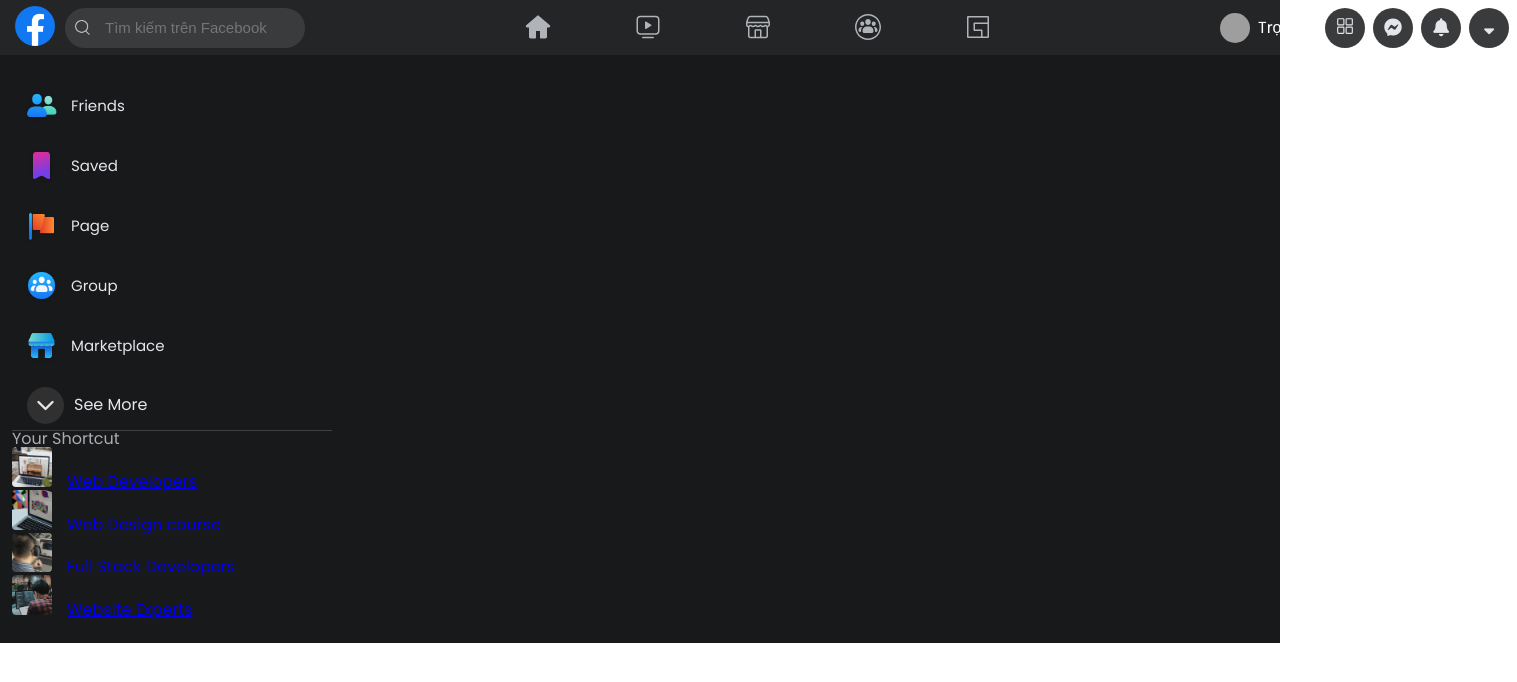
Repository: vanntrong/facebook-clone
Page: index.html
These files come from the project's save history. The page is drawn as it stood at one moment and after the next save; the edit follows.
The browser window is 1280 px wide. The page is 1517 px wide, so the pictures cover 1517 px, including what lies to the right of the window. The pictures show the whole page.
Pictures or frames that could not be fetched are drawn as grey boxes.

Above is the page before, as saved 2021-09-08 19:15:08.

### index.html
<!DOCTYPE html>
<html lang="en">
  <head>
    <meta charset="UTF-8" />
    <meta http-equiv="X-UA-Compatible" content="IE=edge" />
    <meta name="viewport" content="width=device-width, initial-scale=1.0" />
    <title>Facebook</title>
    <link rel="stylesheet" href="./assets/css/reset.css" />
    <link rel="stylesheet" href="./assets/css/base.css" />
    <link rel="stylesheet" href="./assets/css/style.css" />
    <link rel="stylesheet" href="./assets/fonts/fontawesome-free-5.15.4-web/css/all.css" />
    <script type="module" src="https://unpkg.com/ionicons@5.5.2/dist/ionicons/ionicons.esm.js"></script>
    <script nomodule src="https://unpkg.com/ionicons@5.5.2/dist/ionicons/ionicons.js"></script>
    <style>
      @import url("https://fonts.googleapis.com/css2?family=Poppins:wght@300;400;500;600;700&display=swap");
    </style>
  </head>
  <body>
    <!-- header -->
    <header class="header">
      <div class="header__nav-left">
        <div class="header__logo">
          <a href="" class="header__logo-link">
            <img src="./assets/images/logo.png" alt="Logo Facebook" class="header__logo-img" />
          </a>
        </div>
        <div class="header__search">
          <img src="./assets/images/search.png" class="header__search-img" />
          <input type="text" class="header__search-input" placeholder="Tìm kiếm trên Facebook" />
        </div>
      </div>

      <div class="header__nav-center">
        <ul class="header__nav-list">
          <li class="header__nav-item">
            <div class="header-item-link">
              <a href="#" class="header-item-icon">
                <svg viewBox="0 0 28 28" class="a8c37x1j ms05siws hwsy1cff b7h9ocf4 aaxa7vy3" height="28" width="28">
                  <path
                    d="M25.825 12.29C25.824 12.289 25.823 12.288 25.821 12.286L15.027 2.937C14.752 2.675 14.392 2.527 13.989 2.521 13.608 2.527 13.248 2.675 13.001 2.912L2.175 12.29C1.756 12.658 1.629 13.245 1.868 13.759 2.079 14.215 2.567 14.479 3.069 14.479L5 14.479 5 23.729C5 24.695 5.784 25.479 6.75 25.479L11 25.479C11.552 25.479 12 25.031 12 24.479L12 18.309C12 18.126 12.148 17.979 12.33 17.979L15.67 17.979C15.852 17.979 16 18.126 16 18.309L16 24.479C16 25.031 16.448 25.479 17 25.479L21.25 25.479C22.217 25.479 23 24.695 23 23.729L23 14.479 24.931 14.479C25.433 14.479 25.921 14.215 26.132 13.759 26.371 13.245 26.244 12.658 25.825 12.29"
                  ></path>
                </svg>
              </a>
            </div>
          </li>
          <li class="header__nav-item">
            <div class="header-item-link">
              <a href="#" class="header-item-icon">
                <svg viewBox="0 0 28 28" class="a8c37x1j ms05siws hwsy1cff b7h9ocf4 em6zcovv" height="28" width="28">
                  <path
                    d="M8.75 25.25C8.336 25.25 8 24.914 8 24.5 8 24.086 8.336 23.75 8.75 23.75L19.25 23.75C19.664 23.75 20 24.086 20 24.5 20 24.914 19.664 25.25 19.25 25.25L8.75 25.25ZM17.163 12.846 12.055 15.923C11.591 16.202 11 15.869 11 15.327L11 9.172C11 8.631 11.591 8.297 12.055 8.576L17.163 11.654C17.612 11.924 17.612 12.575 17.163 12.846ZM21.75 20.25C22.992 20.25 24 19.242 24 18L24 6.5C24 5.258 22.992 4.25 21.75 4.25L6.25 4.25C5.008 4.25 4 5.258 4 6.5L4 18C4 19.242 5.008 20.25 6.25 20.25L21.75 20.25ZM21.75 21.75 6.25 21.75C4.179 21.75 2.5 20.071 2.5 18L2.5 6.5C2.5 4.429 4.179 2.75 6.25 2.75L21.75 2.75C23.821 2.75 25.5 4.429 25.5 6.5L25.5 18C25.5 20.071 23.821 21.75 21.75 21.75Z"
                  ></path>
                </svg>
              </a>
            </div>
          </li>
          <li class="header__nav-item">
            <div class="header-item-link">
              <a href="#" class="header-item-icon">
                <svg viewBox="0 0 28 28" class="a8c37x1j ms05siws hwsy1cff b7h9ocf4 em6zcovv" height="28" width="28">
                  <path
                    d="M17.5 23.75 21.75 23.75C22.164 23.75 22.5 23.414 22.5 23L22.5 14 22.531 14C22.364 13.917 22.206 13.815 22.061 13.694L21.66 13.359C21.567 13.283 21.433 13.283 21.34 13.36L21.176 13.497C20.591 13.983 19.855 14.25 19.095 14.25L18.869 14.25C18.114 14.25 17.382 13.987 16.8 13.506L16.616 13.354C16.523 13.278 16.39 13.278 16.298 13.354L16.113 13.507C15.53 13.987 14.798 14.25 14.044 14.25L13.907 14.25C13.162 14.25 12.439 13.994 11.861 13.525L11.645 13.35C11.552 13.275 11.419 13.276 11.328 13.352L11.155 13.497C10.57 13.984 9.834 14.25 9.074 14.25L8.896 14.25C8.143 14.25 7.414 13.989 6.832 13.511L6.638 13.351C6.545 13.275 6.413 13.275 6.32 13.351L5.849 13.739C5.726 13.84 5.592 13.928 5.452 14L5.5 14 5.5 23C5.5 23.414 5.836 23.75 6.25 23.75L10.5 23.75 10.5 17.5C10.5 16.81 11.06 16.25 11.75 16.25L16.25 16.25C16.94 16.25 17.5 16.81 17.5 17.5L17.5 23.75ZM3.673 8.75 24.327 8.75C24.3 8.66 24.271 8.571 24.238 8.483L23.087 5.355C22.823 4.688 22.178 4.25 21.461 4.25L6.54 4.25C5.822 4.25 5.177 4.688 4.919 5.338L3.762 8.483C3.729 8.571 3.7 8.66 3.673 8.75ZM24.5 10.25 3.5 10.25 3.5 12C3.5 12.414 3.836 12.75 4.25 12.75L4.421 12.75C4.595 12.75 4.763 12.69 4.897 12.58L5.368 12.193C6.013 11.662 6.945 11.662 7.59 12.193L7.784 12.352C8.097 12.609 8.49 12.75 8.896 12.75L9.074 12.75C9.483 12.75 9.88 12.607 10.194 12.345L10.368 12.2C11.01 11.665 11.941 11.659 12.589 12.185L12.805 12.359C13.117 12.612 13.506 12.75 13.907 12.75L14.044 12.75C14.45 12.75 14.844 12.608 15.158 12.35L15.343 12.197C15.989 11.663 16.924 11.663 17.571 12.197L17.755 12.35C18.068 12.608 18.462 12.75 18.869 12.75L19.095 12.75C19.504 12.75 19.901 12.606 20.216 12.344L20.38 12.208C21.028 11.666 21.972 11.666 22.62 12.207L23.022 12.542C23.183 12.676 23.387 12.75 23.598 12.75 24.097 12.75 24.5 12.347 24.5 11.85L24.5 10.25ZM24 14.217 24 23C24 24.243 22.993 25.25 21.75 25.25L6.25 25.25C5.007 25.25 4 24.243 4 23L4 14.236C2.875 14.112 2 13.158 2 12L2 9.951C2 9.272 2.12 8.6 2.354 7.964L3.518 4.802C4.01 3.563 5.207 2.75 6.54 2.75L21.461 2.75C22.793 2.75 23.99 3.563 24.488 4.819L25.646 7.964C25.88 8.6 26 9.272 26 9.951L26 11.85C26 13.039 25.135 14.026 24 14.217ZM16 23.75 16 17.75 12 17.75 12 23.75 16 23.75Z"
                  ></path>
                </svg>
              </a>
            </div>
          </li>
          <li class="header__nav-item">
            <div class="header-item-link">
              <a href="#" class="header-item-icon">
                <svg viewBox="0 0 28 28" class="a8c37x1j ms05siws hwsy1cff b7h9ocf4 em6zcovv" height="28" width="28">
                  <path
                    d="M25.5 14C25.5 7.649 20.351 2.5 14 2.5 7.649 2.5 2.5 7.649 2.5 14 2.5 20.351 7.649 25.5 14 25.5 20.351 25.5 25.5 20.351 25.5 14ZM27 14C27 21.18 21.18 27 14 27 6.82 27 1 21.18 1 14 1 6.82 6.82 1 14 1 21.18 1 27 6.82 27 14ZM7.479 14 7.631 14C7.933 14 8.102 14.338 7.934 14.591 7.334 15.491 6.983 16.568 6.983 17.724L6.983 18.221C6.983 18.342 6.99 18.461 7.004 18.578 7.03 18.802 6.862 19 6.637 19L6.123 19C5.228 19 4.5 18.25 4.5 17.327 4.5 15.492 5.727 14 7.479 14ZM20.521 14C22.274 14 23.5 15.492 23.5 17.327 23.5 18.25 22.772 19 21.878 19L21.364 19C21.139 19 20.97 18.802 20.997 18.578 21.01 18.461 21.017 18.342 21.017 18.221L21.017 17.724C21.017 16.568 20.667 15.491 20.067 14.591 19.899 14.338 20.067 14 20.369 14L20.521 14ZM8.25 13C7.147 13 6.25 11.991 6.25 10.75 6.25 9.384 7.035 8.5 8.25 8.5 9.465 8.5 10.25 9.384 10.25 10.75 10.25 11.991 9.353 13 8.25 13ZM19.75 13C18.647 13 17.75 11.991 17.75 10.75 17.75 9.384 18.535 8.5 19.75 8.5 20.965 8.5 21.75 9.384 21.75 10.75 21.75 11.991 20.853 13 19.75 13ZM15.172 13.5C17.558 13.5 19.5 15.395 19.5 17.724L19.5 18.221C19.5 19.202 18.683 20 17.677 20L10.323 20C9.317 20 8.5 19.202 8.5 18.221L8.5 17.724C8.5 15.395 10.441 13.5 12.828 13.5L15.172 13.5ZM16.75 9C16.75 10.655 15.517 12 14 12 12.484 12 11.25 10.655 11.25 9 11.25 7.15 12.304 6 14 6 15.697 6 16.75 7.15 16.75 9Z"
                  ></path>
                </svg>
              </a>
            </div>
          </li>
          <li class="header__nav-item">
            <div class="header-item-link">
              <a href="#" class="header-item-icon">
                <svg viewBox="0 0 28 28" class="a8c37x1j ms05siws hwsy1cff b7h9ocf4 em6zcovv" height="28" width="28">
                  <path
                    d="M23.5 9.5H10.25a.75.75 0 00-.75.75v7c0 .414.336.75.75.75H17v5.5H4.5v-19h19v5zm0 14h-5v-6.25a.75.75 0 00-.75-.75H11V11h12.5v12.5zm1.5.25V4.25C25 3.561 24.439 3 23.75 3H4.25C3.561 3 3 3.561 3 4.25v19.5c0 .689.561 1.25 1.25 1.25h19.5c.689 0 1.25-.561 1.25-1.25z"
                  ></path>
                </svg>
              </a>
            </div>
          </li>
        </ul>
      </div>

      <div class="header__nav-right">
        <div class="header__nav-user">
          <img
            src="https://scontent.fsgn8-1.fna.fbcdn.net/v/t1.6435-1/p240x240/210197760_1699894010195731_8413836282276662202_n.jpg?_nc_cat=108&ccb=1-5&_nc_sid=7206a8&_nc_ohc=VyKzTsO_4DMAX9YWiV5&tn=ZfnwPn3exKDbVvbU&_nc_ht=scontent.fsgn8-1.fna&oh=88a15a829e8b30a39c7311926931e93a&oe=615D2151"
            class="header__nav-user-img"
          />
          <span class="header__nav-user-name">Trọng</span>
        </div>
        <div class="header__nav-menu">
          <ul class="header-menu-list">
            <li class="header-menu-item">
              <div class="header-menu-link">
                <a href="#" class="header-menu-icon">
                  <ion-icon name="grid-outline"></ion-icon>
                </a>
              </div>
            </li>
            <li class="header-menu-item">
              <div class="header-menu-link">
                <a href="#" class="header-menu-icon">
                  <i class="fab fa-facebook-messenger"></i>
                </a>
              </div>
            </li>
            <li class="header-menu-item">
              <div class="header-menu-link">
                <a href="#" class="header-menu-icon">
                  <i class="fas fa-bell"></i>
                </a>
              </div>
            </li>
            <li class="header-menu-item">
              <div class="header-menu-link">
                <a href="#" class="header-menu-icon">
                  <i class="fas fa-sort-down"></i>
                </a>
              </div>
            </li>
          </ul>
        </div>
      </div>
    </header>

    <!-- container -->
    <div class="app__container">
      <!-- left-sidebar -->
      <div class="left-sidebar">
        <div class="imp-links">
          <a class="imp-links-link" href="#"><img src="./assets/images/friends.png" />Friends</a>
          <a class="imp-links-link" href="#"><img src="./assets/images/saved.png" />Saved</a>
          <a class="imp-links-link" href="#"><img src="./assets/images/pages.png" />Page</a>
          <a class="imp-links-link" href="#"><img src="./assets/images/group.png" />Group</a>
          <a class="imp-links-link" href="#"><img src="./assets/images/marketplace.png" />Marketplace</a>
          <div class="sidebar-see-more">
            <div class="see-more-icon">
              <ion-icon name="chevron-down-outline"></ion-icon>
            </div>
            <span class="see-more-text">See More</span>
          </div>
        </div>

        <div class="shortcut-side">
          <p class="shortcut-text">Your Shortcut</p>
          <a href="#" class="shortcut-link"
            ><img src="./assets/images/shortcut-1.png" class="shortcut-img" />Web Developers</a
          >
          <a href="#" class="shortcut-link"
            ><img src="./assets/images/shortcut-2.png" class="shortcut-img" />Web Design course</a
          >
          <a href="#" class="shortcut-link"
            ><img src="./assets/images/shortcut-3.png" class="shortcut-img" />Full Stack Developers</a
          >
          <a href="#" class="shortcut-link"
            ><img src="./assets/images/shortcut-4.png" class="shortcut-img" />Website Experts</a
          >
        </div>
      </div>
      <div class="main-content"></div>
      <div class="right-sidebar"></div>
    </div>

    <footer class="footer"></footer>
  </body>
</html>

### assets/css/base.css
:root {
  --primary-color: #242526;
}

html {
  font-family: "Poppins", sans-serif;
}

* {
  box-sizing: border-box;
}

### assets/css/style.css
.header {
  display: flex;
  align-items: center;
  height: 55px;
  background-color: var(--primary-color);
}

.header__nav-left {
  display: flex;
  align-items: center;
  height: 100%;
}

.header__logo {
  margin-left: 15px;
  margin-right: 10px;
}

.header__logo-link {
  text-decoration: none;
  color: transparent;
}

.header__logo-img {
  width: 40px;
  height: 40px;
}

.header__search {
  background-color: #3a3b3c;
  width: 240px;
  height: 40px;
  border-radius: 20px;
  display: flex;
  align-items: center;
  color: #9ea1a6;
}
.header__search-img {
  width: 15px;
  margin: 10px;
}
.header__search-input {
  width: 100%;
  color: #fff;
  font-weight: 300;
  font-size: 15px;
  background-color: transparent;
  outline: none;
  padding: 0 5px;
  border: 0;
}

.header__nav-center {
  width: 545px;
  height: 100%;
  margin: 0 160px;
}

.header__nav-list {
  display: flex;
  align-items: center;
  list-style: none;
  height: 100%;
}

.header__nav-item {
  width: 110px;
  height: 100%;
  padding: 0 20px;
}

.header-item-link {
  width: 105px;
  height: 53px;
  align-items: center;
  justify-content: center;
  transition: height linear 0.1s;
}

.header-item-link:hover {
  background-color: #4d4c4c;
  border-radius: 10px;
}

.header-item-icon {
  color: #fff;
  fill: #b0b3b8;
  width: 100%;
  height: 100%;
  display: flex;
  align-items: center;
  justify-content: center;
}

.header__nav-right {
  display: flex;
  align-items: center;
  flex: 1;
  height: 100%;
  margin-left: 50px;
}

.header__nav-user {
  display: flex;
  align-items: center;
  margin-right: 20px;
  width: 85px;
  height: 40px;
}

.header__nav-user:hover {
  background-color: #3a3b3c;
  border-radius: 20px;
}

.header__nav-user-img {
  width: 30px;
  height: 30px;
  border-radius: 50%;
}

.header__nav-user-name {
  color: #fff;
  font-size: 16px;
  padding-left: 8px;
  cursor: pointer;
}

.header__nav-menu {
}

.header-menu-list {
  display: flex;
  align-items: center;
  justify-content: space-between;
}

.header-menu-link {
  display: flex;
  align-items: center;
  justify-content: center;
  font-size: 18px;
  margin: 0 8px 0 0;
  background-color: #3a3b3c;
  width: 40px;
  height: 40px;
  border-radius: 50%;
}

.header-menu-link:hover {
  background-color: #595b5c;
}

.header-menu-icon {
  color: #e4e6eb;
  display: block;
}

/* container */
.app__container {
  display: flex;
  justify-content: space-between;
  padding: 25px 0;
  background-color: #18191a;
  height: 100%;
}

.left-sidebar {
  flex-basis: 25%;
  position: relative;
  margin-left: 12px;
}

.imp-links {
  display: flex;
  flex-direction: column;
  position: relative;
  border-bottom: 1px solid #3e4042;
}

.imp-links-link {
  height: 50px;
  width: 100%;
  font-size: 15px;
  color: #e4e6eb;
  text-decoration: none;
  margin-bottom: 10px;
  display: flex;
  align-items: center;
}

.imp-links-link:hover {
  background-color: rgba(255, 255, 255, 0.1);
  border-radius: 10px;
  cursor: pointer;
}

.imp-links a img {
  width: 35px;
  margin: 0 12px;
}

.sidebar-see-more {
  color: #e4e6eb;
  display: flex;
  align-items: center;
  width: 100%;
  height: 50px;
}

.sidebar-see-more:hover {
  background-color: rgba(255, 255, 255, 0.1);
  border-radius: 10px;
  cursor: pointer;
}

.see-more-icon {
  font-size: 25px;
  width: 37px;
  height: 37px;
  display: flex;
  align-items: center;
  justify-content: center;
  /* margin: 0 15px; */
  margin-left: 15px;
  margin-right: 10px;
  background-color: #303031;
  border-radius: 50%;
}

.shortcut-side {
  display: flex;
  flex-direction: column;
}

.shortcut-text {
  color: #a9acb0;
}

.shortcut-img {
  width: 40px;
  border-radius: 4px;
  margin-right: 15px;
}

.main-content {
  flex-basis: 47%;
}

.right-sidebar {
  flex-basis: 25%;
}

Loaded but not shown: assets/css/reset.css (common file); assets/fonts/fontawesome-free-5.15.4-web/css/all.css (library)

After the next save:
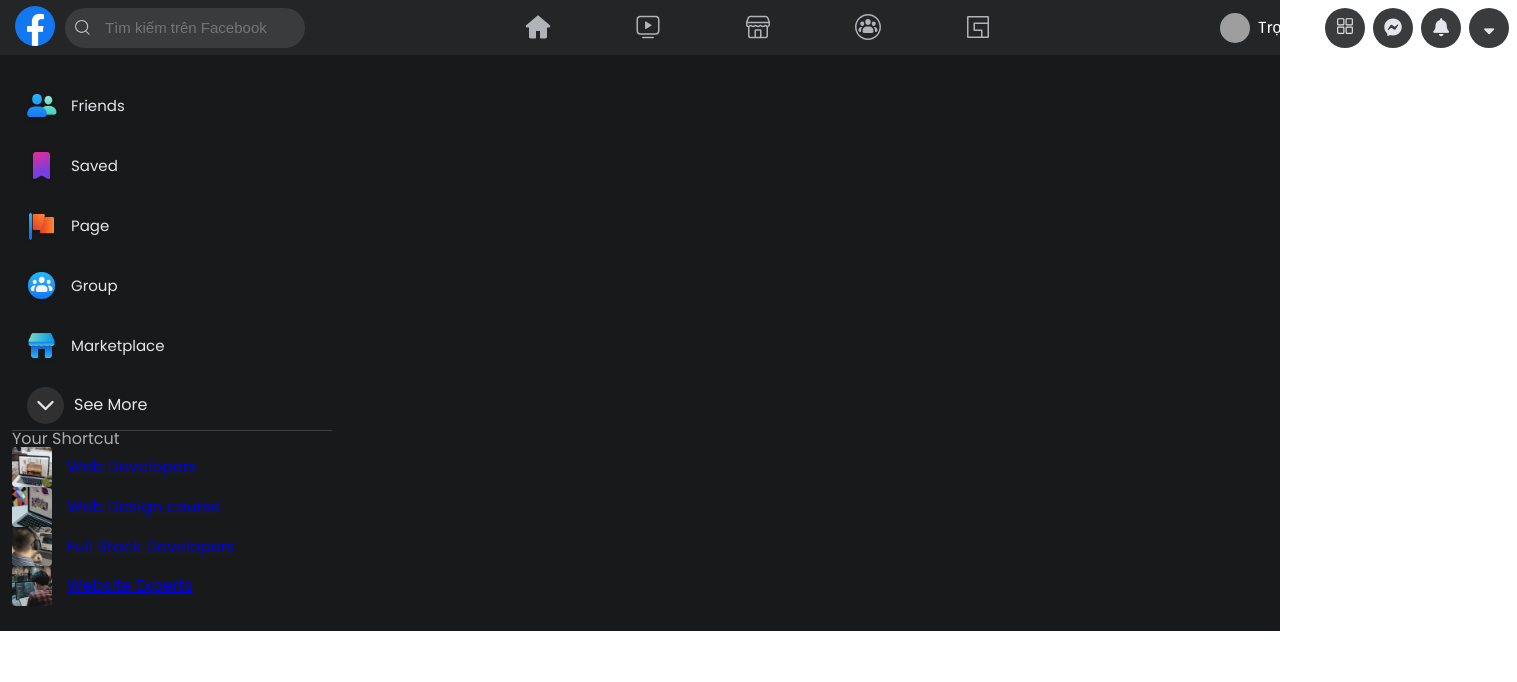
Saved 38 s later.
--- a/assets/css/style.css
+++ b/assets/css/style.css
@@ -237,6 +237,11 @@
   color: #a9acb0;
 }
 
+.shortcut-link {
+  display: flex;
+  align-items: center;
+}
+
 .shortcut-img {
   width: 40px;
   border-radius: 4px;
